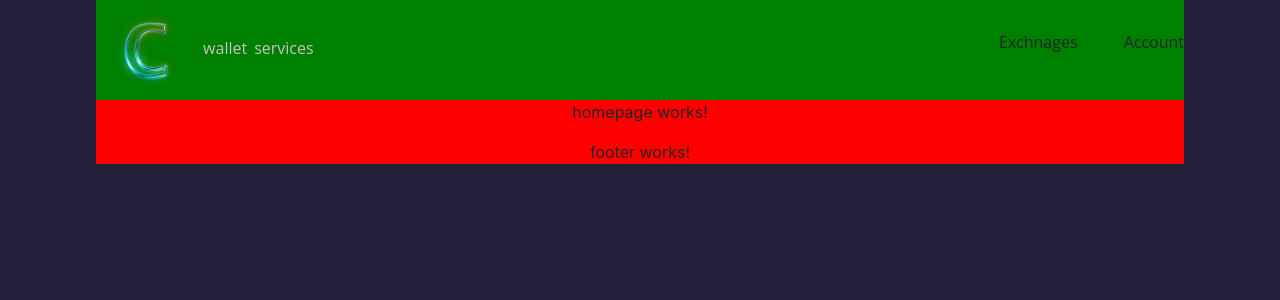
Repository: YuriyBen/Corzbank
Page: / (app in Corzbank.Web/ClientApp/)
The author's editor kept a copy of each file at every save. The page is drawn from the files as they stood at one save, then again after the next save.
The browser window is 1280 px wide. The pictures show the whole page.
The project was rebuilt for these pictures with package versions that can differ from the ones it lists, and the page was loaded fresh each time. Also part of the build but not shown: Corzbank.Web/ClientApp/angular.json.

Above is the page before, as saved 2022-05-19 19:26:10.

After the next save:
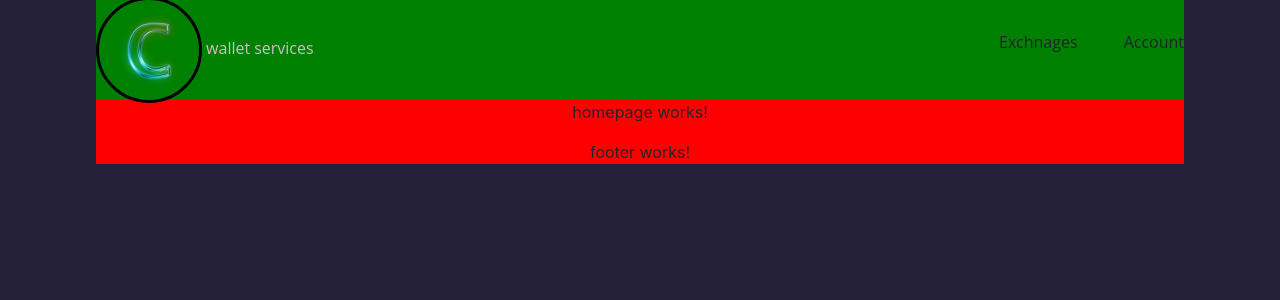
Saved 2 min 23 s later.
--- a/Corzbank.Web/ClientApp/src/app/header/header.component.scss
+++ b/Corzbank.Web/ClientApp/src/app/header/header.component.scss
@@ -22,6 +22,11 @@
 .left-block p{
     color: #c9c1c1;
 }
+.left-block .logo{
+    background: transparent;
+    border-radius: 95px;
+    border: 3px solid black;
+}
 .left-block img{
     width: 100px;
 }
